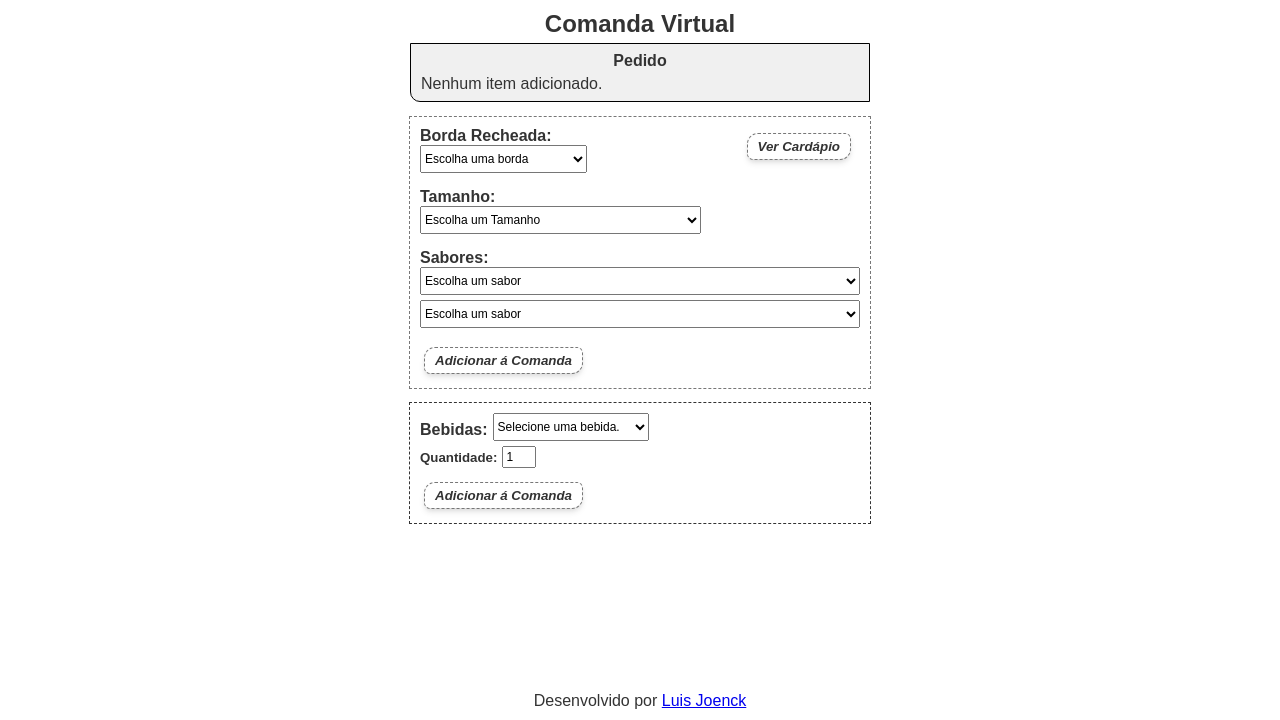
Repository: Joenck91/front-comanda-virtual
Page: index.html
These files come from the project's save history. The page is drawn as it stood at one moment and after the next save; the edit follows.
The browser window is 1280 px wide. The pictures show the whole page.

Above is the page before, as saved 2025-10-05 15:01:33.

### index.html
<!DOCTYPE html>
<html lang="pt-br">
<head>
    <meta charset="UTF-8">
    <meta name="viewport" content="width=device-width, initial-scale=1.0">
    <title>Virtual Command</title>
    <link rel="stylesheet" href="style/base.css">
    <link rel="stylesheet" href="style/layout.css">
    <link rel="stylesheet" href="style/modules.css">
    <link rel="stylesheet" href="style/themes.css">
    <link rel="stylesheet" href="style/responsive.css">
</head>
<body class="body-style">
    <header>
        <div class="title-buttons">
            <h2>Comanda Virtual</h2>
        </div>
        <div class="command-box" id="total">
            <h4>Pedido</h4>
            <div class="ordered-items" id="ordered-items">
                <p>Nenhum item adicionado.</p>
            <!--CRIAR ESTRUTURA DE PEDIDO COM JSON-->
            </div>
        </div>
    </header>

    <main>
        <!-- Cardápio-->
        <div class="view-menu-box" id="view-menu-box"></div>
        <!-- Formulário de Pizzas-->
        <form class="unit-pizza-box">

            <!-- Borda recheada -->
            <div class="border-pizza-box pad-bot-10">
                <label for="border"><h4>Borda Recheada:</h4></label>
                <select name="border" id="border" required>
                    <option value="" selected >Escolha uma borda</option>
                </select>
            </div>

            <!-- Tamanho da pizza -->
            <div class="size-pizza-box pad-bot-10">
                <label for="size"><h4>Tamanho:</h4></label>
                <select name="size" id="size" required>
                    <option value="" selected >Escolha um Tamanho</option>
                </select>
            </div>

            <!-- Sabores -->
            <div id="choose-pizza-box" class="choose-pizza-box pad-bot-10">
                <button type="button" class="buttons-style view-menu-button" id="view-menu"><strong>Ver Cardápio</strong></button>
                <label for="flavors"><h4>Sabores:</h4></label>
                <select name="flavors" id="flavor_one" class="flavor_one" required>
                    <option value="" selected >Escolha um sabor</option>
                </select>
                <select name="flavors" id="flavor_two" class="flavor_two">
                    <option value="" selected >Escolha um sabor</option>
                </select>
                <select name="flavors" id="flavor_three" class="flavor_three">
                    <option value="" selected >Escolha um sabor</option>
                </select>
                <select name="flavors" id="flavor_four" class="flavor_four">
                    <option value="" selected >Escolha um sabor</option>
                </select>
            </div>

            <button type="submit" class="buttons-style"><strong>Adicionar á Comanda</strong></button>
        </form>

        <!-- Formulário de Bebidas -->
        <form class="command-drink">
            <div class="choose-drink-box">
                <label for="drinks"><h4>Bebidas:</h4></label>
                <select name="drinks" id="" required>
                    <option value="">Selecione uma bebida.</option>
                </select>
            </div>
            <div class="unit-input-drink">
                <label for="unit-drink"><h5>Quantidade:</h5></label>
                <input type="number" name="unit-drink" id="unit-drink" min="1" value="1" required>
            </div>
            <button type="submit" class="buttons-style"><strong>Adicionar á Comanda</strong></button>
        </form>
    </main>
    <footer>
        <p>Desenvolvido por <a href="www.instagram.com/joenckluis">Luis Joenck</a></p>
    </footer>

<script type="module" src="script/main.js"></script>
</body>
</html>

### style/base.css
*{
    margin:0;
    padding:0;
    box-sizing:border-box;
}
html, body{
    width:100%;
    height: 100%;
    display:flex;
    flex-direction:column;
    align-items: center;
    justify-content: start;
    overflow: auto;
    font-family: Arial, Helvetica, sans-serif;
    color: #333;
}
body{
    max-width: 500px;
}
header{
    width: 100%;
    display: flex;
    flex-direction: column;
    justify-content: center;
    align-items: center;
    padding: 10px 20px 0 20px;
    top:0;
    left: 0;
    z-index: 1000;
    background-color: white;
}
main{
    flex: 1;
    overflow: auto;
    margin: 0 auto;
    padding: 0 20px;
    border-radius: 4px;
    width: 100%;
    max-width: 100%;
    position: relative;
}
h1{
    padding-bottom: 15px;
}
h2{
    padding-bottom: 5px;
}
li{
    font-style: italic;
}
button{
    background-color: #ccc;
    color: #333;
    padding: 5px 10px;
    border: 1px solid #333;
    border-radius: 5px;
    margin:5px;
    box-shadow: 0 4px 6px rgba(0, 0, 0, 0.1),
    0 2px 4px rgba(0, 0, 0, 0.06);
}
button:hover{
    cursor:pointer;
}
select{
    margin-bottom: 5px;
    padding: 5px 0;
    font-size: 12px;
}
label{
    margin-right: 5px;
}
input[type="number"] {
    font-size: 12px;
    padding: 2px;
    width: 5ch;
}
input:hover{
    cursor: pointer;
}
option p{
    background-color: #f0f0f0;
    padding: 5px;
}
footer{
    padding: 10px;
}

### style/layout.css
/*-----------------------------------------------------------------------------*/
/*                               HEADER                                        */
/*-----------------------------------------------------------------------------*/

/*-----------------------------------------------------------------------------*/
/*                          PEDIDO                                     */
/*-----------------------------------------------------------------------------*/
.command-box{
    background-color:#f0f0f0;
    width: 100%;
    padding: 8px 10px;
    height: fit-content;
    border-bottom-left-radius: 10px;
    border: 1px solid black;
    display: flex;
    flex-direction: column;
}
.command-box h4{
    width: 100% ;
    text-align: center;
    margin-bottom: 5px;}
.ordered-item{
    border: 1px dashed #333;
    padding: 5px;
    margin: 5px 0;
    min-width: 100%;
}

/*-----------------------------------------------------------------------------*/
/*                              CARDÁPIO                                       */
/*-----------------------------------------------------------------------------*/
.view-menu-box{/*pagina do cardápio*/
    position: absolute;
    right: 20px;
    left: 20px;
    background-color:rgb(255, 244, 227);
    padding: 10px;
    width: fit-content;
    max-width: 94%;
    height: 80vh;
    overflow: auto;
    border-radius: 15px;
    display: none;
    flex-direction: column;
    box-shadow: 0 4px 8px #00000033;
    z-index: 1000;
    outline: 1px dashed #333;
}
.menu-title{/*titulos do cardápio 'pizzas/bebidas*/
    border-bottom: 2px dashed black;
    text-align: center;
    padding: 3px;
    margin: 15px 0;
}
.menu-item{/*Itens do menu*/
    margin: 3px 0;
}
.pizza-description{/*Descrições de cada item*/
    margin-left: 25px;
}
/*-----------------------------------------------------------------------------*/
/*                        UNIDADE DE PIZZA                                     */
/*-----------------------------------------------------------------------------*/
.unit-pizza-box{/*Div pai com as opções de escolhas de uma pizza.*/
    outline: 1px dashed #777;
    padding: 10px;
    margin: 15px 0;
}
.border-pizza-box, .size-pizza-box{/*Box com opções de bordas*/

    display: flex;
    flex-direction: column;
    width: fit-content;
    align-items: start;
}
.choose-pizza-box{/*box referente aos campos para escolher sabores*/
    display: flex;
    flex-direction: column;
    position: relative;
}
.flavor_three, .flavor_four{/*Referente ao terceiro e quarto sabro que só devem aparecer conforme escolha de tamanhos.*/
    display: none;
}
/*-----------------------------------------------------------------------------*/
/*                        UNIDADE DE BEBIDA                                    */
/*-----------------------------------------------------------------------------*/
.command-drink{/*Div pai com as opções de escolhas de uma bebida*/
    outline: 1px dashed #333;
    padding: 10px;
    margin: 15px 0;
}
.choose-drink-box, .unit-input-drink{
    display: flex;
    flex-direction: row;
    align-items: center;
}
.unit-input-drink{
    padding-bottom: 10px;
}

### style/modules.css
/*-----------------------------------------------------------------------------*/
/*                             BOTÕES                                          */
/*-----------------------------------------------------------------------------*/
.view-menu-button{
    position: absolute;
    top: -120px;
    right: 5px;;
}
.menu-exit{/*botão que fecha o cardápio*/
    display: flex;
    position: sticky;
    top:0;
    width: fit-content;
    margin-left: auto;
    background-color: #f0f0f0;
    box-shadow: 0 4px 6px rgba(0, 0, 0, 0.1),
    0 2px 4px rgba(0, 0, 0, 0.06);
    border-radius: 2px 10px;
}
.buttons-style{/*Estilo para os botões*/
    width: fit-content;
    outline: 1px dashed #777;
    border: none;
    border-radius: 10px 5px;
    background-color: white;
    font-style: italic;
}
/*-----------------------------------------------------------------------------*/
/*                     PARA VÁRIOS ELEMENTOS                                   */
/*-----------------------------------------------------------------------------*/
.pad-bot-10{
    padding-bottom: 10px;
}

### script/main.js
import viewMenuBox from "./interface/view-menu.js";
import menuShowClose from "./buttons/menu-show-close.js";
import * as inputsContent from "./interface/inputs-contents.js"
import chooseSize from "./interface/choose-sizes.js";
import * as writingOrders from "./command/orders.js";

//Funções que precisam acessar json.
document.addEventListener('DOMContentLoaded', ()=>{
    // Faz uma requisição GET para a rota /api/menu para buscar os dados do cardápio.
    fetch('./data/menu.json')
    .then(res => res.json()) // Converte a resposta para JSON.
    .then(menu => {


        viewMenuBox(menu);  //Carrega menu.
        menuShowClose();    //Abre e fecha cardápio.
        inputsContent.showBorders(menu.borders);//Opções de bordas
        inputsContent.showsizes(menu.sizes);//Opções de tamanhos
        inputsContent.showFlavors(menu.pizzas);//Opções de pizzas
        inputsContent.showDrinks(menu.drinks);  //Opções de bebidas
        chooseSize();//Define quantidade de sabores de acordo com o tamanho selecionado.
        writingOrders.writingOrder(menu);//Armazena as opçoes escolhidas pelo usuário na variável orders


    })
    .catch(err => console.error('Erro ao carregar menu:', err));// Captura e exibe no console qualquer erro ocorrido ao carregar o menu.
});

### script/interface/view-menu.js
/* ********FUNÇÃO QUE CRIA O CARDÁPIO ******** */


export default function viewMenuBox (menu){
  const box = document.getElementById('view-menu-box');
        box.innerHTML = ''; // Limpa o conteúdo da div

        //Cria o titula Pizzas
        const titlePizza = document.createElement('h3');
        titlePizza.classList.add('menu-title');
        titlePizza.textContent = 'Pizzas';
        box.appendChild(titlePizza);

        const exit = document.createElement('button');
        exit.type ='button';
        exit.classList.add('menu-exit')
        exit.classList.add('exit-delete')
        exit.id = 'menuExit';
        exit.textContent = 'Sair';
        box.appendChild(exit);

        // Cria a lista das pizzas
        menu.pizzas.forEach(pizza => {
          const pizzaDiv = document.createElement('div');
          pizzaDiv.classList.add('menu-item'); // você pode estilizar no CSS

          const pizzaTitle = document.createElement('h4');
          pizzaTitle.textContent = `🍕 ${pizza.name}`;

          const pizzaDesc = document.createElement('p');
          pizzaDesc.classList.add('pizza-description')
          pizzaDesc.textContent = pizza.description;

          pizzaDiv.appendChild(pizzaTitle);
          pizzaDiv.appendChild(pizzaDesc);
          box.appendChild(pizzaDiv);
        });

        //Cria o titulo Bebidas
        const titleDrink = document.createElement('h3');
        titleDrink.classList.add('title');
        titleDrink.textContent = 'Bebidas';
        box.appendChild(titleDrink);

        //Cria a lista das bebidas
        menu.drinks.forEach(drink => {
          const drinkDiv = document.createElement('div');
          drinkDiv.classList.add('item');

          const drinkTitle = document.createElement('h4');
          drinkTitle.textContent = `🥤 ${drink.name} - R$ ${drink.price.toFixed(2)}`;

          drinkDiv.appendChild(drinkTitle);
          box.appendChild(drinkDiv);
        });
};

### script/buttons/menu-show-close.js

//Função para mostrar cardápiio e fechar cardápio
export default function menuShowClose (){
    const viewMenu = document.getElementById('view-menu');//Identifica o botão com "Ver cardápio"
    const closeMenu = document.getElementById('menuExit');//Identifica botão "sair" do cardápio.
    const menuBox = document.querySelector('.view-menu-box');//Identifica div que mostra cardápio

    viewMenu.addEventListener('click',()=>{//Escuta o evento de clique no botão "Ver cardápio"
        console.log("abrir")
        menuBox.style.display = 'flex';
    });
    closeMenu.addEventListener('click', ()=>{//Escuta o evento clique no botão "sair"
       console.log("sair");
        menuBox.style.display = 'none';
    });
};

### script/interface/inputs-contents.js
// Funções para preencher os selects
function showsizes(sizes) {
    const selectSizes = document.getElementById("size");
    sizes.forEach(size => {
        const option = document.createElement("option");
        option.value = size.name;
        option.textContent = `${size.name} - R$${size.price.toFixed(2)}`;
        selectSizes.appendChild(option);
    });
}

function showFlavors(pizzas) {
    const selectsFlavors = [
        document.getElementById("flavor_one"),
        document.getElementById("flavor_two"),
        document.getElementById("flavor_three"),
        document.getElementById("flavor_four")
    ];

    selectsFlavors.forEach(select => {
        pizzas.forEach(pizza => {
            const option = document.createElement("option");
            option.value = pizza.name;
            option.textContent = pizza.name;
            select.appendChild(option);
        });
    });
}

function showBorders(borders) {
    const selectBorder = document.getElementById("border");
    borders.forEach(border => {
        const option = document.createElement("option");
        option.value = border.name;
        option.textContent = `${border.name} - R$${border.price.toFixed(2)}`;
        selectBorder.appendChild(option);
    });
}

function showDrinks(drinks) {
    const selectDrinks = document.querySelector('.command-drink select');
    drinks.forEach(drink => {
        const option = document.createElement("option");
        option.value = drink.name;
        option.textContent = `${drink.name} - R$${drink.price.toFixed(2)}`;
        selectDrinks.appendChild(option);
    });
}

export {showBorders, showsizes, showFlavors, showDrinks};

### script/interface/choose-sizes.js
// Pega o select de tamanho
const selectSize = document.getElementById("size");

// Variável para armazenar o tamanho selecionado
let sizeChecked = "";

//Função para exibir os sabores de acordo com a escolha do tamanho da pizza
function updateFlavor(size) {
    document.querySelector('.flavor_three').style.display = (size === 'GRANDE(3 sabores, 12 fatias, 35cm)' || size === 'GIGANTE(4 sabores, 16 fatias, 40cm)' || size === 'KING(4 sabores, 20 fatias, 45cm)') ? 'flex' : 'none';//Se o tamanho for grande, gigante e king: aparece o terceiro sabor
    document.querySelector('.flavor_four').style.display = (size === 'GIGANTE(4 sabores, 16 fatias, 40cm)' || size === 'KING(4 sabores, 20 fatias, 45cm)') ? 'flex' : 'none';//Se o tamanho for gigante e king: aparece o quarto sabor.
}

export default function chooseSizes (){
        // Escuta quando o usuário muda a opção
    selectSize.addEventListener("change", (event) => {
        sizeChecked = event.target.value; // aqui está o valor selecionado
        updateFlavor(sizeChecked);
    });
};

### script/command/orders.js
import  showItems from "../interface/command-box/show-items.js";
//Array que guarda todos os pedidos da sessão
let notedOrder = {
    pizzas: [],
    drinks: []
};

function writingOrder (menu){
    // Captura o envio do formulário de pizza
    const formPizza = document.querySelector('.unit-pizza-box');
    formPizza.addEventListener('submit', (e) => {
        e.preventDefault(); // evita reload da página
        //código aqui

        const pizzaOrder = {
            pizza: document.getElementById('size').value,
            borda: document.getElementById('border').value,
            sabores: [
                document.getElementById('flavor_one').value,
                document.getElementById('flavor_two').value,
                document.getElementById('flavor_three').value,
                document.getElementById('flavor_four').value
            ].filter(s => s), // remove strings vazias
        };

        // Adiciona ao array de pedidos
        notedOrder.pizzas.push(pizzaOrder);

        // Atualiza a exibição dos itens pedidos
        showItems(notedOrder);


        console.log(notedOrder);


    });

    //Captura o envio do formulário de bebidas
    const formDrinks = document.querySelector('.command-drink');
    formDrinks.addEventListener('submit', (e) =>{
        e.preventDefault(); //evita reload da página
        //código aqui
        const drinkOrder = {
            bebida: document.querySelector('.command-drink select').value,
            quantidadeBebida: parseInt(document.getElementById('unit-drink').value, 10)
        };

        // Adiciona ao array de pedidos
        notedOrder.drinks.push(drinkOrder);
        // Atualiza a exibição dos itens pedidos
        showItems(notedOrder);


        console.log(notedOrder);
    });

};

export {writingOrder, notedOrder};

### script/interface/command-box/show-items.js

//função que mostra os itens pedidos na interface
export default function showItems(notedOrder){
    const orderedItemsDiv = document.getElementById('ordered-items');
    orderedItemsDiv.innerHTML = ''; // Limpa o conteúdo anterior

    // Mostra pizzas
    notedOrder.pizzas.forEach((pizza, index) => {
        const pizzaDiv = document.createElement('div');
        pizzaDiv.classList.add('ordered-item');
        pizzaDiv.innerHTML = `
            <h5>Pizza ${index + 1}</h5>
            <p>Pizza: ${pizza.pizza}</p>
            <p>Borda: ${pizza.borda}</p>
            <p>Sabor(es): ${pizza.sabores.join(', ')}</p>
        `;
        orderedItemsDiv.appendChild(pizzaDiv);
    });

    // Mostra bebidas
    notedOrder.drinks.forEach((drink, index) => {
        const drinkDiv = document.createElement('div');
        drinkDiv.classList.add('ordered-item');
        drinkDiv.innerHTML = `
            <h5>Bebida ${index + 1}</h5>
            <p>Bebida: ${drink.bebida}</p>
            <p>Quantidade: ${drink.quantidadeBebida}</p>
        `;
        orderedItemsDiv.appendChild(drinkDiv);
    });
};

Loaded but not shown: data/menu.json (282 lines, source omitted); style/themes.css (no stored copy; drawn as an empty file); style/responsive.css (no stored copy; drawn as an empty file)

After the next save:
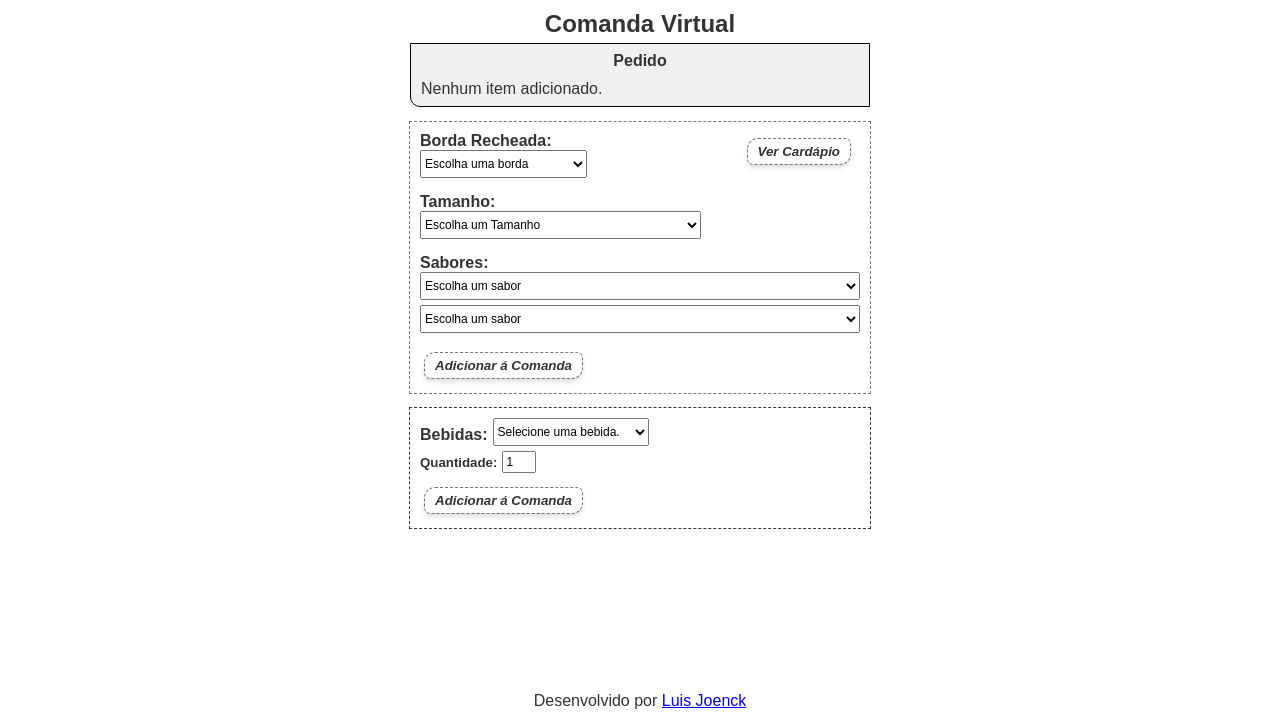
Saved 5 s later.
--- a/style/layout.css
+++ b/style/layout.css
@@ -18,7 +18,7 @@
 .command-box h4{
     width: 100% ;
     text-align: center;
-    margin-bottom: 5px;}
+    margin-bottom: 10px;}
 .ordered-item{
     border: 1px dashed #333;
     padding: 5px;
